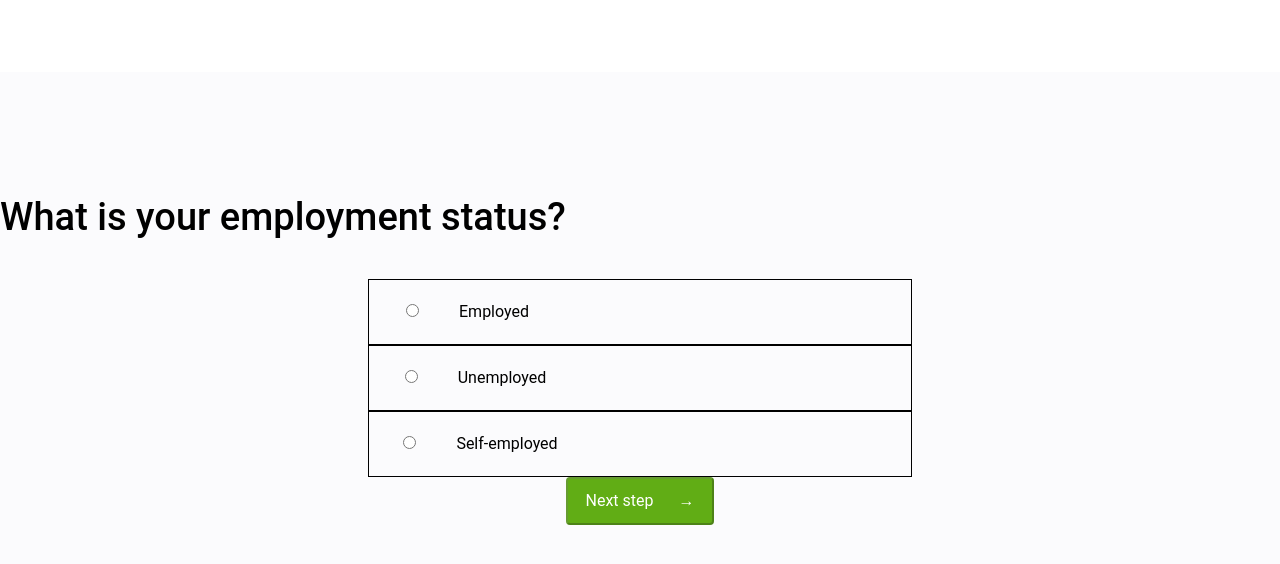
Repository: andbilous/task-survey
Page: /employment-status
These files come from the project's save history. The page is drawn as it stood at one moment and after the next save; the edit follows.
The browser window is 1280 px wide. The pictures show the whole page.
The project was rebuilt for these pictures with package versions that can differ from the ones it lists, and the page was loaded fresh each time. Also part of the build but not shown: src/pages/FillingStatus.jsx, src/pages/Proprietorships.jsx, src/pages/Score.jsx.

Above is the page before, as saved 2020-06-18 18:39:11.

### src/App.js
import React from 'react';
import { Provider } from 'react-redux'
import { store } from './redux/store'
import {
  BrowserRouter as Router,
  Switch,
  Route,
} from "react-router-dom";
import './App.css';
import {Header} from './components/Header';
import {EmploymentStatusPage} from './pages/EmploymentStatus';
import {FillingStatusPage} from './pages/FillingStatus';
import {ProprietorshipsPage} from './pages/Proprietorships';
import {ScorePage} from './pages/Score';


function App() {
  return (
    <Router>
    <Provider store={store}>
    <Switch>
    <div className="App">
      <Header/>
      <Route path="/employment-status">
            <EmploymentStatusPage />
          </Route>
          <Route path="/filling-status">
            <FillingStatusPage />
          </Route>
          <Route path="/proprietorship">
            <ProprietorshipsPage />
          </Route>
          <Route path="/score">
            <ScorePage />
          </Route>
    </div>
    </Switch>
    </Provider>
    </Router>
  );
}

export default App;

### src/redux/store.js
import { applyMiddleware, createStore } from 'redux';
import logger from 'redux-logger';
import thunk from 'redux-thunk';

import { rootReducer } from './rootReducer';

const middleware = [thunk, logger];

export const store = createStore(rootReducer, applyMiddleware(...middleware));

### src/App.css
* {
  text-align: center;
  box-sizing: border-box;
  font-family: Roboto;
  font-style: normal;
  font-weight: normal;
}
body{
  background-color:  #FBFBFD;
}
h2{
  font-family: Roboto;
font-style: normal;
font-weight: 500;
font-size: 38px;
line-height: 60px;
display: flex;
align-items: center;
text-align: center;
background-color:  #FBFBFD;
}
.list-item{
  width: 544px;
  height: 66px;
  border: 1px solid black;
  padding-top: 21px;
}

### src/components/Header.jsx
import React from "react";
import { connect } from "react-redux";

const Header = ({ progress }) => {
  return (
    <>
      <div style={styles.general} />
      <div
        style={{
          width: `${progress}%`,
          height: "75px",
          backgroundColor: "#61AD15",
        }}
      ></div>
    </>
  );
};

const styles = {
  general: {
    position: "absolute",
    left: "0%",
    right: "0%",
    top: "0%",
    bottom: "0%",
    height: "72px",
    backgroundColor: "#fff",
  },
};

const HeaderContainer = connect(
  (state) => ({
    progress: state.surveyReducer.progress,
  }),
  (dispatch) => ({})
)(Header);

export { HeaderContainer as Header };

### src/pages/EmploymentStatus.jsx
import React, { useState } from "react";
import { useHistory } from "react-router-dom";
import { connect } from "react-redux";
import Footer from "../components/Footer";
import { setEmploymentStatus } from "../redux/survey/actions";

const EmploymentStatusPage = ({ setEmploymentStatus }) => {
  const history = useHistory();
  const [disableFooter, setDisableFooter] = useState(true);
  const [value, setValue] = useState("");

  const navigateNextPage = () => {
    if (value === "Employed" || value === "Unemployed") {
      history.push("/filling-status");
    } else {
      history.push("/proprietorship");
    }
  };

  const handleChange = (value) => {
    console.log(value);
    setDisableFooter(false);
    setEmploymentStatus(value);
    setValue(value);
  };
  return (
    <div style={{ marginTop: "7rem" }}>
      <h2>What is your employment status?</h2>
      <form>
        <div
          style={styles.parent}
          className="radio"
        >
          <label className="list-item" style={{paddingRight: '350px'}}>
            <input
              style={styles.input}
              onClick={() => handleChange("Employed")}
              name="1"
              type="radio"
              value="Employed"
            />
            Employed
          </label>
          <label className="list-item" style={{paddingRight: '334px'}}>
            <input
              style={styles.input}
              onClick={() => handleChange("Unemployed")}
              name="1"
              type="radio"
              value="Unemployed"
            />
            Unemployed
          </label>
          <label className="list-item" style={{paddingRight: '324px'}}>
            <input
              style={styles.input}
              onClick={() => handleChange("SelfEmployed")}
              name="1"
              type="radio"
              value="SelfEmployed"
            />
            Self-employed
          </label>
          </div>
      </form>
      <Footer disable={disableFooter} navigateNextPage={navigateNextPage} />
    </div>
  );
};

const styles = {
  parent: {
    marginTop: "2rem",
    display: "flex",
    flexDirection: "column",
    alignItems: "center",
    textAlign: "center",
  },
  item: {
    width: "544px",
    height: "66px",
    border: "1px solid black",
    paddingTop: '21px',
  },
  input :{
    marginRight: '40px'
  }
};

const EmploymentStatusPageContainer = connect(
  (state) => ({}),
  (dispatch) => ({
    setEmploymentStatus: (value) => dispatch(setEmploymentStatus(value)),
  })
)(EmploymentStatusPage);

export { EmploymentStatusPageContainer as EmploymentStatusPage };

### src/redux/rootReducer.js
import { combineReducers } from 'redux'
import surveyReducer from './survey/reducer'

export const rootReducer = combineReducers({
  surveyReducer
})

### src/components/Footer.jsx
import React from "react";

const Footer = ({ disable, navigateNextPage, navigatePrevPage }) => {
  if (navigatePrevPage && navigateNextPage) {
    return (
      <div style={styles.general}>
        <button
          disabled={disable}
          onClick={() => {
            navigatePrevPage();
          }}
        >
          Prev step
        </button>
        <button
          disabled={disable}
          onClick={() => {
            navigateNextPage();
          }}
        >
          Next step
        </button>
      </div>
    );
  }
  if (navigatePrevPage && !navigateNextPage) {
    return (
      <button
        disabled={disable}
        onClick={() => {
          navigatePrevPage();
        }}
      >
        Prev step
      </button>
    );
  }
  if (!navigatePrevPage && navigateNextPage) {
    return (
      <button
        style={styles.button}
        disabled={disable}
        onClick={() => {
          navigateNextPage();
        }}
      >
        <span>Next step</span>
        <span style={styles.arrow}>&#8594;</span>
      </button>
    );
  }
};

const styles = {
  general: {
    position: "absolute",
    bottom: "0",
    width: "100%",
    height: "2.5rem",
    backgroundColor: "#fff",
  },
  button: {
    color: "#fff",
    width: "148px",
    height: "48px",
    background: "#61AD15",
    textAlign: "center",
    fontSize: "16px",
    lineHeight: "26px",
    borderRadius: "4px",
  },
  arrow: {
    marginLeft: '25px',
    transform: "matrix(1, 0, 0, -1, 0, 0)",
  },
};

export default Footer;

### src/redux/survey/actions.js
import types from './types';

export const setEmploymentStatus = (value) => {
    if(value === 'Employed'){
      return {
        type: types.SET_EMPLOYMENT_STATUS,
        employmentStatus: value,
        count: 10,

      }
    }
      if(value === 'Unemployed'){
        return {
          type: types.SET_EMPLOYMENT_STATUS,
          employmentStatus: value,
          count: 20
        }
      }
        if(value === 'SelfEmployed'){
          return {
            type: types.SET_EMPLOYMENT_STATUS,
            employmentStatus: value,
            count: 30
          }
    }
};

export const setProprietorshipsCount = (value) => ({
    type: types.SET_PROPRIETORSHIPS_MULTIPLIER,
    multiplier: value
})

export const setFillingStatus = (values) =>{
  if(!values.length){
    return {
      type: types.SET_FILLING_STATUS,
      count: 0
    }
}
  if(values.length===1){
    return {
      type: types.SET_FILLING_STATUS,
      count: 10
    }
}
  return {
    type: types.SET_FILLING_STATUS,
    count: (values.length)*5
  }
}

export const displayResult = () =>({
  type: types.DISPLAY_RESULT
})

### src/redux/survey/reducer.js
import types from './types'

const initialValues = {
  count: 0,
  employmentStatus:'',
  progress: 0
}

const surveyReducer = (state = initialValues, action) => {
  switch (action.type) {
    case types.SET_EMPLOYMENT_STATUS:
      return {
        ...state,
        count: state.count + action.count,
        employmentStatus: action.employmentStatus,
        progress: 30
      }
      case types.SET_PROPRIETORSHIPS_MULTIPLIER:
        return {
          ...state,
          count: state.count * action.multiplier,
          progress: 50
        }
        case types.SET_FILLING_STATUS:
        return {
          ...state,
          count: state.count + action.count,
          progress: 70
        }
        case types.DISPLAY_RESULT:
        return {
          ...state,
          progress: 100
        }

    default:
      return state
  }
}

export default surveyReducer;

### src/redux/survey/types.js
const types = {
  SET_EMPLOYMENT_STATUS:'SET_EMPLOYMENT_STATUS',
  SET_PROPRIETORSHIPS_MULTIPLIER: 'SET_PROPRIETORSHIPS_MULTIPLIER',
  SET_FILLING_STATUS: 'SET_FILLING_STATUS',
  DISPLAY_RESULT: 'DISPLAY_RESULT'
}

export default types;

Loaded but not shown: public/index.html (common file); src/index.js (common file); src/index.css (common file); src/serviceWorker.js (common file)

After the next save:
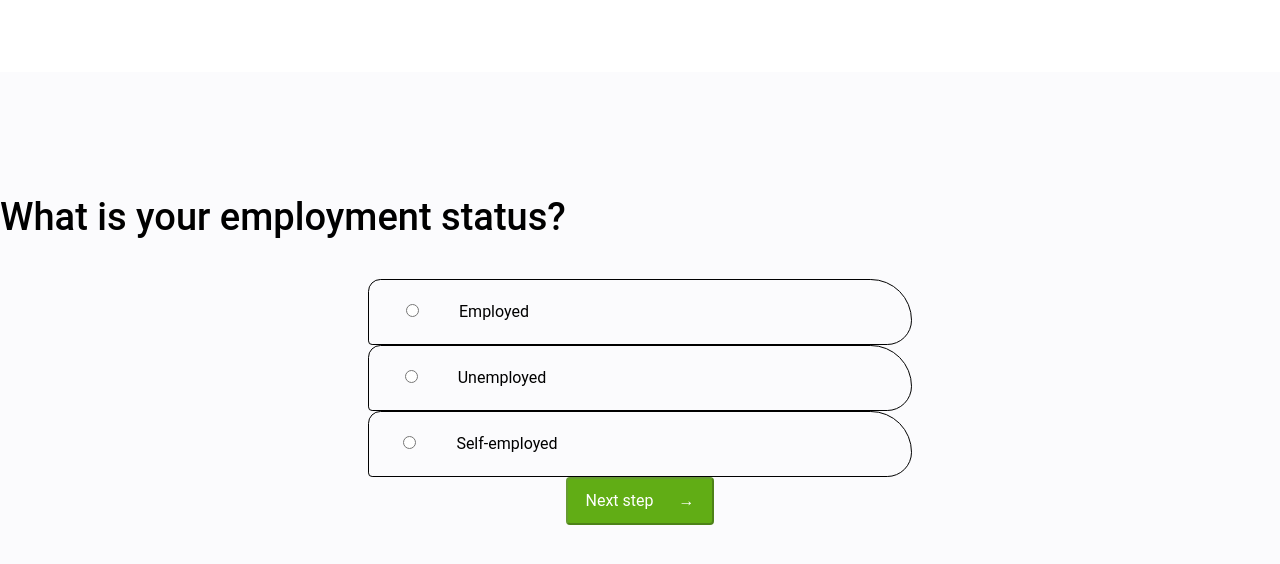
Saved 4 min 5 s later.
--- a/src/App.css
+++ b/src/App.css
@@ -24,4 +24,5 @@ background-color:  #FBFBFD;
   height: 66px;
   border: 1px solid black;
   padding-top: 21px;
+  border-radius: 15px 50px 30px 5px;
 }
